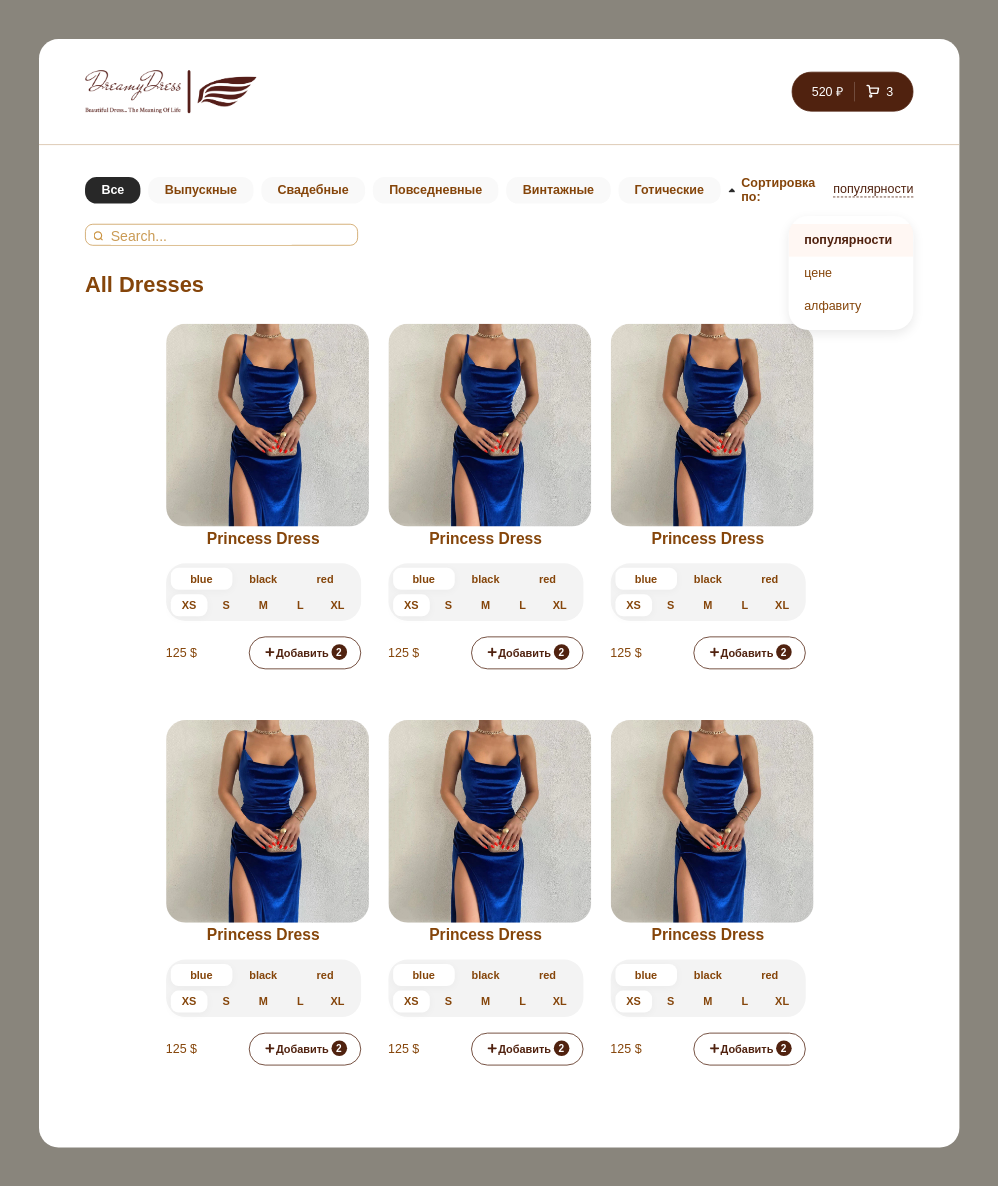
Repository: DisasterWoman/SPA-shop
Page: /
An editor plug-in stored every save of this project. The page is shown before and after the next save, followed by the edit.
The browser window is 1280 px wide. The pictures show the whole page, at 78% of full size.
Some web fonts or font styles are not loaded; a fallback is used. The project was rebuilt for these pictures with package versions that can differ from the ones it lists, and the page was loaded fresh each time.

Above is the page before, as saved 2022-11-29 18:33:53.

### src/App.js
import './scss/app.scss';
import Categories from './components/Categories/Categories';
import DressBlock from './components/DressBlock/DressBlock';
import Header from './components/Header/Header';
import Sort from './components/Sort/Sort';
import SearchBar from './components/SearchBar/SearchBar';

function App() {
  return (
    <div className="wrapper">
      <Header />
      <div className="content">
        <div className="container">
          <div className="content__top">
            <Categories />
            <Sort />
          </div>
          <SearchBar />
          <h2 className="content__title">All Dresses</h2>
          <div className="content__items">
            <DressBlock />
            <DressBlock />
            <DressBlock />
            <DressBlock />
            <DressBlock />
            <DressBlock />
          </div>
        </div>
      </div>
    </div>
  );
}

export default App;

### src/scss/app.scss
@import 'variables.scss';
@import './libs/normalize.scss';
@import './all';

body {
  background-color: $background;
}

.wrapper {
  width: calc(100vw - 100px);
  height: 100%;
  background-color: #fff;
  margin: 50px auto;
  border-radius: 25px;
  max-width: 1400px;
}

.content {
  padding: 40px 0;

  &__title {
    margin: 35px 0;
  }

  &__items {
    display: flex;
    flex-wrap: wrap;
    justify-content: center;
  }

  &__top {
    display: flex;
    align-items: center;
    justify-content: space-between;
  }
}

.container {
  width: $container-width;
  margin: 0 auto;

  &--cart {
    max-width: 820px;
    margin: 90px auto;
    .content__title {
      margin: 0;
    }
  }
}

.cart {
  &__top {
    display: flex;
    justify-content: space-between;
    align-items: center;
  }

  .content__title {
    display: flex;
    align-items: center;
    font-size: 32px;

    svg {
      position: relative;
      top: -2px;
      width: 30px;
      height: 30px;
      margin-right: 10px;
      path {
        stroke: $black;
        strokewidth: 1.9;
      }
    }
  }

  &__clear {
    display: flex;
    align-items: center;
    cursor: pointer;
    @include noselect();

    span {
      display: inline-block;
      margin-left: 7px;
      color: #b6b6b6;
      font-size: 18px;
    }

    span,
    svg,
    path {
      transition: all $duration ease-in-out;
    }

    &:hover {
      svg {
        path {
          stroke: darken($color: #b6b6b6, $amount: 50);
        }
      }
      span {
        color: darken($color: #b6b6b6, $amount: 50);
      }
    }
  }

  &__item {
    display: flex;
    width: 100%;
    border-top: 1px solid $gray-line;
    padding-top: 30px;
    margin-top: 30px;

    &-img {
      display: flex;
      align-items: center;
      margin-right: 15px;
      width: 10%;

      img {
        width: 80px;
        height: 80px;
      }
    }

    &-info {
      display: flex;
      flex-direction: column;
      justify-content: center;
      width: 40%;

      h3 {
        font-weight: bold;
        font-size: 22px;
        line-height: 27px;
        letter-spacing: 0.01em;
      }

      p {
        font-size: 18px;
        color: #8d8d8d;
      }
    }

    &-count {
      display: flex;
      align-items: center;
      justify-content: space-between;
      width: 13%;

      &-minus {
        svg {
          path:first-of-type {
            display: none;
          }
        }
      }

      b {
        font-size: 22px;
      }
    }

    &-price {
      display: flex;
      align-items: center;
      justify-content: center;
      width: 33%;

      b {
        font-weight: bold;
        font-size: 22px;
        letter-spacing: 0.01em;
      }
    }

    &-remove {
      display: flex;
      align-items: center;
      justify-content: flex-end;
      width: 4%;

      .button {
        border-color: darken($color: $gray-line, $amount: 10);
      }

      svg {
        transform: rotate(45deg);

        path {
          fill: darken($color: $gray-line, $amount: 15);
        }
      }

      .button {
        svg {
          width: 11.5px;
          height: 11.5px;
          position: relative;
        }
        &:hover,
        &:active {
          border-color: darken($color: $gray-line, $amount: 80);
          background-color: darken($color: $gray-line, $amount: 80);
        }
      }
    }
  }

  &__bottom {
    margin: 50px 0;

    &-details {
      display: flex;
      justify-content: space-between;

      span {
        font-size: 22px;

        &:last-of-type {
          b {
            color: $brown;
          }
        }
      }
    }

    &-buttons {
      display: flex;
      justify-content: space-between;
      margin-top: 40px;

      .go-back-btn {
        display: flex;
        align-items: center;
        justify-content: center;
        width: 210px;

        border-color: darken($color: $gray-line, $amount: 10);

        span {
          color: darken($color: $gray-line, $amount: 20);
          font-weight: 500;
          font-weight: 600;
        }

        &:hover {
          background-color: darken($color: $gray-line, $amount: 90);
          border-color: darken($color: $gray-line, $amount: 90);

          span {
            color: $gray-line;
          }
        }

        svg {
          margin-right: 12px;
          path {
            fill: transparent;
            strokewidth: 2;
          }
        }
      }

      .pay-btn {
        font-size: 16px;
        font-weight: 600;
        width: 210px;
        padding: 16px;
      }
    }
  }

  &--empty {
    margin: 0 auto;
    width: 560px;
    text-align: center;

    h2 {
      font-size: 32px;
      margin-bottom: 10px;
    }

    p {
      font-size: 18px;
      line-height: 145.4%;
      letter-spacing: 0.01em;
      color: #777777;
    }

    icon {
      position: relative;
      top: 2px;
    }

    img {
      display: block;
      width: 300px;
      margin: 45px auto 60px;
    }

    .button--black {
      padding: 12px 0 14px;
      width: 230px;
      margin: 0 auto;
      font-weight: 600;
      font-size: 18px;
    }
  }
}

### src/components/Categories/Categories.jsx
import React from 'react';

function Categories() {
  return (
    <div className="categories">
      <ul>
        <li className="active">Все</li>
        <li>Выпускные</li>
        <li>Свадебные</li>
        <li>Повседневные</li>
        <li>Винтажные</li>
        <li>Готические</li>
      </ul>
    </div>
  );
}

export default Categories;

### src/components/DressBlock/DressBlock.jsx
import React from 'react';
import { Button } from '../Button/Button';
import './_dress-block.scss';

function DressBlock() {
  return (
    <div className="dress-block">
      <img className="dress-block__image" src="/images/dresses/dress0-blue.webp" alt="Dress" />
      <h4 className="dress-block__title">Princess Dress</h4>
      <div className="dress-block__selector">
        <ul>
          <li className="active">blue</li>
          <li>black</li>
          <li>red</li>
        </ul>
        <ul>
          <li className="active">XS</li>
          <li>S</li>
          <li>M</li>
          <li>L</li>
          <li>XL</li>
        </ul>
      </div>
      <div className="dress-block__bottom">
        <div className="dress-blockk__price">125 $</div>
        <Button/>
      </div>
    </div>
  );
}

export default DressBlock;

### src/components/Header/Header.jsx
import React from 'react';
import './_header.scss';
function Header() {
  return (
    <div className="header">
      <div className="container">
        <div className="header__logo">
          <img width="220" src="/dreamy-dress.png" alt="logo" />
          <div></div>
        </div>
        <div className="header__cart">
          <a href="/cart.html" className="button button--cart">
            <span>520 ₽</span>
            <div className="button__delimiter"></div>
            <svg
              width="18"
              height="18"
              viewBox="0 0 18 18"
              fill="none"
              xmlns="http://www.w3.org/2000/svg"
            >
              <path
                d="M6.33333 16.3333C7.06971 16.3333 7.66667 15.7364 7.66667 15C7.66667 14.2636 7.06971 13.6667 6.33333 13.6667C5.59695 13.6667 5 14.2636 5 15C5 15.7364 5.59695 16.3333 6.33333 16.3333Z"
                stroke="white"
                strokeWidth="1.8"
                strokeLinecap="round"
                strokeLinejoin="round"
              />
              <path stroke="white" strokeWidth="1.8" strokeLinecap="round" strokeLinejoin="round" />
              <path
                d="M4.78002 4.99999H16.3334L15.2134 10.5933C15.1524 10.9003 14.9854 11.176 14.7417 11.3722C14.4979 11.5684 14.1929 11.6727 13.88 11.6667H6.83335C6.50781 11.6694 6.1925 11.553 5.94689 11.3393C5.70128 11.1256 5.54233 10.8295 5.50002 10.5067L4.48669 2.82666C4.44466 2.50615 4.28764 2.21182 4.04482 1.99844C3.80201 1.78505 3.48994 1.66715 3.16669 1.66666H1.66669"
                stroke="white"
                strokeWidth="1.8"
                strokeLinecap="round"
                strokeLinejoin="round"
              />
            </svg>
            <span>3</span>
          </a>
        </div>
      </div>
    </div>
  );
}

export default Header;

### src/components/Sort/Sort.jsx
import React from 'react';
import './_sort.scss';

function Sort() {
  return (
    <div className="sort">
      <div className="sort__label">
        <svg
          width="10"
          height="6"
          viewBox="0 0 10 6"
          fill="none"
          xmlns="http://www.w3.org/2000/svg"
        >
          <path
            d="M10 5C10 5.16927 9.93815 5.31576 9.81445 5.43945C9.69075 5.56315 9.54427 5.625 9.375 5.625H0.625C0.455729 5.625 0.309245 5.56315 0.185547 5.43945C0.061849 5.31576 0 5.16927 0 5C0 4.83073 0.061849 4.68424 0.185547 4.56055L4.56055 0.185547C4.68424 0.061849 4.83073 0 5 0C5.16927 0 5.31576 0.061849 5.43945 0.185547L9.81445 4.56055C9.93815 4.68424 10 4.83073 10 5Z"
            fill="#2C2C2C"
          />
        </svg>
        <b>Сортировка по:</b>
        <span>популярности</span>
      </div>
      <div className="sort__popup">
        <ul>
          <li className="active">популярности</li>
          <li>цене</li>
          <li>алфавиту</li>
        </ul>
      </div>
    </div>
  );
}

export default Sort;

### src/components/SearchBar/SearchBar.jsx
import React, {useState}  from 'react'
import './_searchBar.scss';
function SearchBar() {
  return (
    <div className="search-bar">
      <img
        className="search-bar__icon"
        alt="search"
        src="images/icons/search.svg"
        width={12}
        height={13}
      ></img>
      <input
        placeholder="Search..."
      ></input>
    </div>
  );
}

export default SearchBar

### src/scss/_variables.scss
$black: #85450a;
$background: #89857c;
$gray-line: #d5bda1;
$brown: #50220f;

$container-width: 90%;

$duration: 0.15s;

### src/scss/libs/_normalize.scss
@import url('https://fonts.googleapis.com/css2?family=Anek+Devanagari&display=swap');

*{
  padding: 0;
  margin: 0;
  list-style: none;
  outline: none;
  font-family: 'Anek Devanagari', sans-serif;
  box-sizing: border-box;
}

html {
  -ms-text-size-adjust: 100%;
  -webkit-text-size-adjust: 100%;
}

body {
  -moz-osx-font-smoothing: grayscale;
  -webkit-font-smoothing: antialiased;
  color: $black;
}

a,
span,
p,
b,
h1,
h2,
h3,
h4,
h5 {
  color: $black;
}

h1 {
  font-size: 48px;
}

h2 {
  font-weight: 600;
  font-size: 28px;
  line-height: 30px;
}

a {
  text-decoration: none;
}

@mixin noselect {
  -webkit-touch-callout: none; /* iOS Safari */
  -webkit-user-select: none; /* Safari */
  -khtml-user-select: none; /* Konqueror HTML */
  -moz-user-select: none; /* Old versions of Firefox */
  -ms-user-select: none; /* Internet Explorer/Edge */
  user-select: none; /* Non-prefixed version, currently
                                  supported by Chrome, Opera and Firefox */
}

### src/scss/_all.scss
@import '../components/Header/Header';
@import '../components/Button/button';
@import '../components/Categories/Categories';
@import '../components/Sort/Sort';
@import '../components/DressBlock/dress-block';

### src/components/Header/_header.scss
@import '../../../src/scss/variables';

.header {
  border-bottom: 1px solid $gray-line;
  padding: 40px 0;

  .container {
    display: flex;
    align-items: center;
    justify-content: space-between;
  }

  &__logo {
    display: flex;

    img {
      margin-right: 15px;
    }

    h1 {
      color: #181818;
      font-size: 24px;
      letter-spacing: 1%;
      text-transform: uppercase;
      font-weight: 800;
    }

    p {
      color: #7b7b7b;
    }
  }
}

### src/components/Button/_button.scss
@import '../../../src/scss/variables';

.button {
  display: inline-block;
  background-color: $brown;
  border-radius: 25px;
  padding: 10px 20px;
  min-width: 100px;
  text-align: center;
  cursor: pointer;
  transition: background-color $duration ease-in-out, border-color $duration ease-in-out;
  border: 1px solid transparent;

  &,
  span {
    color: #fff;
  }

  i,
  span,
  path,
  svg {
    transition: all $duration ease-in-out;
  }

  &:hover {
    background-color: darken($brown, 8%);
  }

  &:active {
    background-color: darken($brown, 12%);
    transform: translateY(1px);
  }

  &--circle {
    display: flex;
    align-items: center;
    justify-content: center;
    width: 30px;
    height: 30px;
    min-width: 30px;
    padding: 0;
    border-width: 2px;
  }

  &--black {
    background-color: $black;

    &:hover,
    &:active {
      background-color: lighten($color: $black, $amount: 10);
    }
  }

  &--outline {
    background-color: #fff;
    border-color: $brown;
    &,
    span {
      color: $brown;
    }

    svg {
      path {
        fill: $brown;
      }
    }

    &:hover {
      background-color: $brown;

      &,
      span {
        color: #fff;
      }

      svg {
        path {
          fill: #fff;
        }
      }
    }

    &:active {
      background-color: darken($brown, 8%);
    }
  }

  &__delimiter {
    width: 1px;
    height: 25px;
    background-color: rgba(255, 255, 255, 0.25);
    margin-left: 14px;
    margin-right: 14px;
  }

  &--add {
    svg {
      margin-right: 2px;
    }

    span {
      font-weight: 600;
      font-size: 14px;
    }

    &:hover {
      i {
        background-color: #fff;
        color: $brown;
      }
    }

    i {
      display: inline-block;
      border-radius: 30px;
      background-color: $brown;
      color: #fff;
      font-weight: 600;
      width: 20px;
      height: 20px;
      font-style: normal;
      font-size: 13px;
      line-height: 22px;
      position: relative;
      top: -1px;
      left: 3px;
    }
  }

  &--cart {
    display: flex;
    align-items: center;
    line-height: 23px;
    padding: 12px 25px;
    border-color: $brown;

    svg {
      margin-right: 8px;
      margin-bottom: 1px;
    }

    span {
      font-weight: 500;
      font-size: 16px;
    }
  }
}

### src/components/Categories/_categories.scss
@import '../../../src/scss/variables';

.categories {
  ul {
    display: flex;

    li {
      background-color: #f9f9f9;
      padding: 8px 21px;
      border-radius: 15px;
      margin-right: 10px;
      font-weight: bold;
      cursor: pointer;
      transition: background-color 0.1s ease-in-out;
      @include noselect();

      &:hover {
        background-color: darken(#f9f9f9, 2%);
      }

      &:active {
        background-color: darken(#f9f9f9, 5%);
      }

      &.active {
        background-color: #282828;
        color: #fff;
      }
    }
  }
}

### src/components/Sort/_sort.scss
@import '../../../src/scss/variables';

.sort {
  position: relative;
  &__label {
    display: flex;
    align-items: center;

    svg {
      margin-right: 8px;
    }

    b {
      margin-right: 8px;
    }

    span {
      color: $brown;
      border-bottom: 1px dashed $brown;
      cursor: pointer;
    }
  }

  &__popup {
    position: absolute;
    right: 0;
    margin-top: 15px;
    background: #ffffff;
    box-shadow: 0px 5px 15px rgba(0, 0, 0, 0.09);
    border-radius: 25px;
    overflow: hidden;
    padding: 10px 0;
    width: 160px;

    ul {
      overflow: hidden;
      li {
        padding: 12px 20px;
        cursor: pointer;

        &.active,
        &:hover {
          background: rgba(254, 95, 30, 0.05);
        }

        &.active {
          font-weight: bold;
          color: $brown;
        }
      }
    }
  }
}

### src/components/DressBlock/_dress-block.scss
@import '../../../src/scss/variables';

.dress-block {
  width: 250px;
  text-align: center;
  margin-bottom: 65px;
  margin-right: 35px;
  // &:not(:nth-of-type(4n)) {
  //   margin-right: 35px;
  // }

  &__image {
    border-radius: 25px;
    width: 260px;
  }

  &__title {
    font-size: 20px;
    font-weight: 900;
    letter-spacing: 1%;
    margin-bottom: 20px;
  }

  &__selector {
    display: flex;
    background-color: #f3f3f3;
    border-radius: 25px;
    flex-direction: column;
    padding: 6px;

    ul {
      display: flex;
      flex: 1;

      &:first-of-type {
        margin-bottom: 6px;
      }

      li {
        padding: 6px;
        flex: 1;
        cursor: pointer;
        font-weight: 600;
        font-size: 14px;
        &.active {
          background: #ffffff;
          box-shadow: 0px 2px 11px rgba(0, 0, 0, 0.04);
          border-radius: 10px;
          cursor: auto;
        }
      }
    }
  }

  &__bottom {
    display: flex;
    align-items: center;
    justify-content: space-between;
    margin-top: 20px;
  }

  &__price {
    font-weight: bold;
    font-size: 22px;
    line-height: 27px;
    letter-spacing: 0.015em;
  }
}

### src/components/Button/Button.jsx
export const Button = () => {
    return (
      <div className="button button--outline button--add">
        <svg
          width="12"
          height="12"
          viewBox="0 0 12 12"
          fill="none"
          xmlns="http://www.w3.org/2000/svg"
        >
          <path
            d="M10.8 4.8H7.2V1.2C7.2 0.5373 6.6627 0 6 0C5.3373 0 4.8 0.5373 4.8 1.2V4.8H1.2C0.5373 4.8 0 5.3373 0 6C0 6.6627 0.5373 7.2 1.2 7.2H4.8V10.8C4.8 11.4627 5.3373 12 6 12C6.6627 12 7.2 11.4627 7.2 10.8V7.2H10.8C11.4627 7.2 12 6.6627 12 6C12 5.3373 11.4627 4.8 10.8 4.8Z"
            fill="white"
          />
        </svg>
        <span>Добавить</span>
        <i>2</i>
      </div>
    );
}

### src/components/SearchBar/_searchBar.scss
@import '../../../src/scss/variables';

.search-bar{
   width: 350px;
  margin-top: 25px;
  border: 1px solid #CA9B55;
  border-radius: 10px;
  padding: 0 10px;
  position: relative;
  &__icon{
    margin-right: 10px;
    margin-top: 8px;
  }
  input{
    font-size: 18px;
    outline-offset: 0;
    outline: none;
    border: none;
    color: #7e4e05;
  }
     ::placeholder {
      color: #CA9B55;
      opacity: 1;
    }

}

Loaded but not shown: public/index.html (common file); src/index.js (common file)

After the next save:
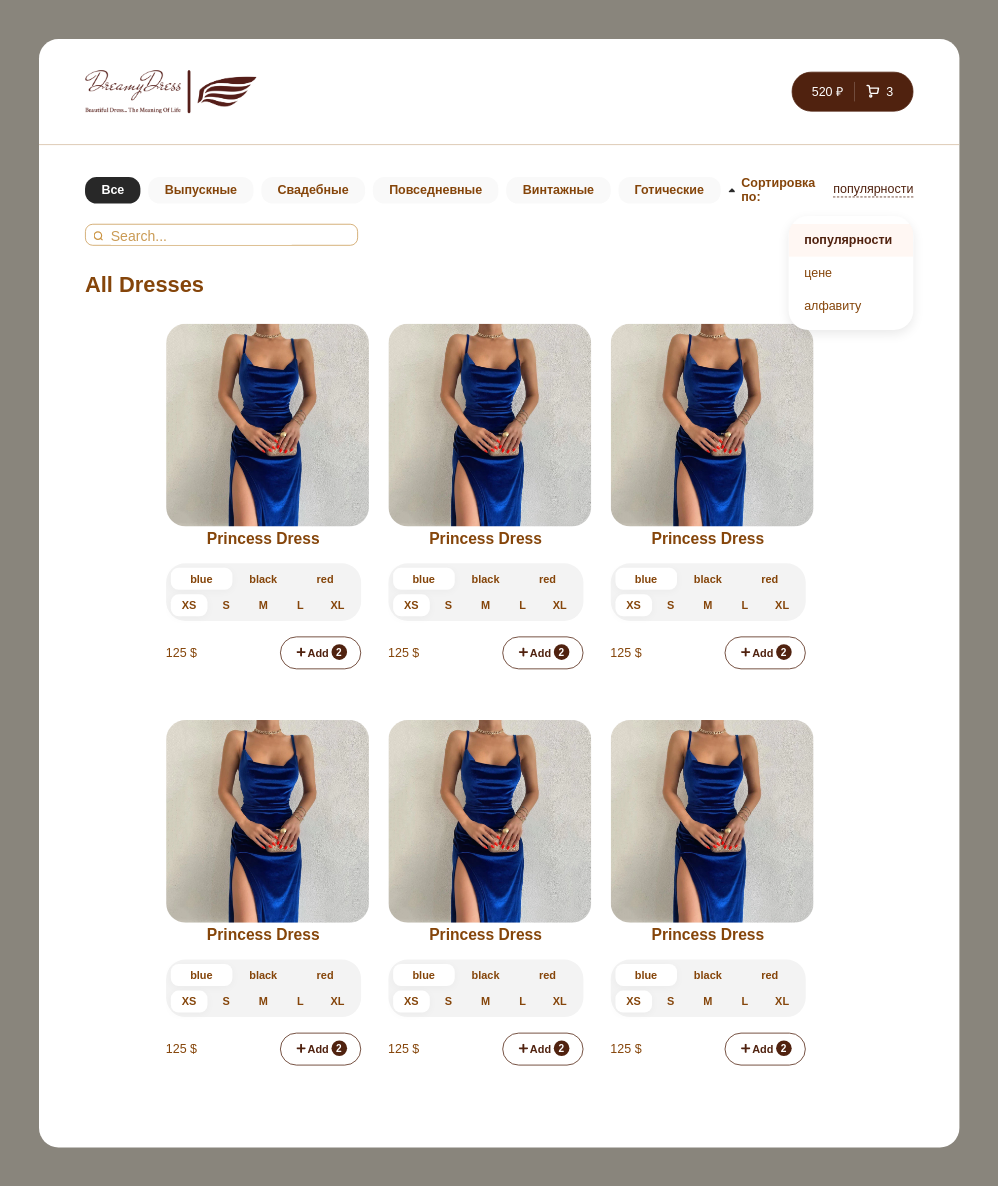
Saved 11 min 11 s later.
--- a/src/components/Button/Button.jsx
+++ b/src/components/Button/Button.jsx
@@ -13,7 +13,7 @@
             fill="white"
           />
         </svg>
-        <span>Добавить</span>
+        <span>Add</span>
         <i>2</i>
       </div>
     );
